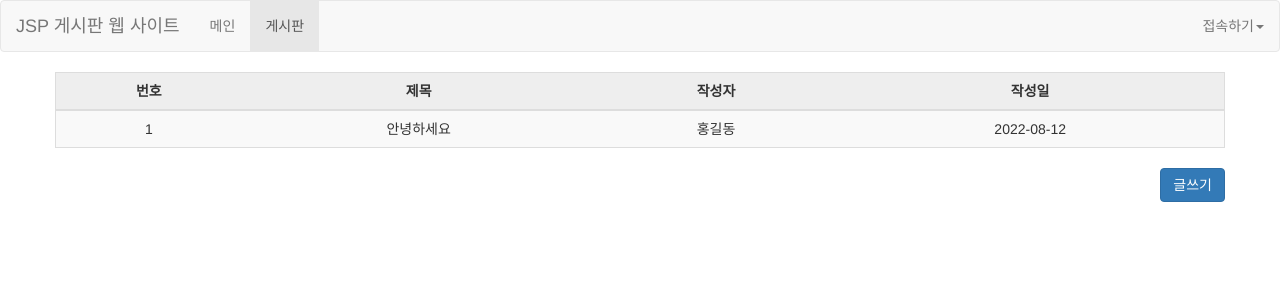
Repository: winter9388/JSP_BBS
Page: http://localhost/BBS/퍋ㅈ.jsp
An editor plug-in stored every save of this project. The page is shown before and after the next save, followed by the edit.
The browser window is 1280 px wide. The pictures show the whole page.
Some web libraries are served in a nearby version. The page is served by Tomcat 9.

Above is the page before, as saved 2022-08-12 12:05:48.

After the next save:
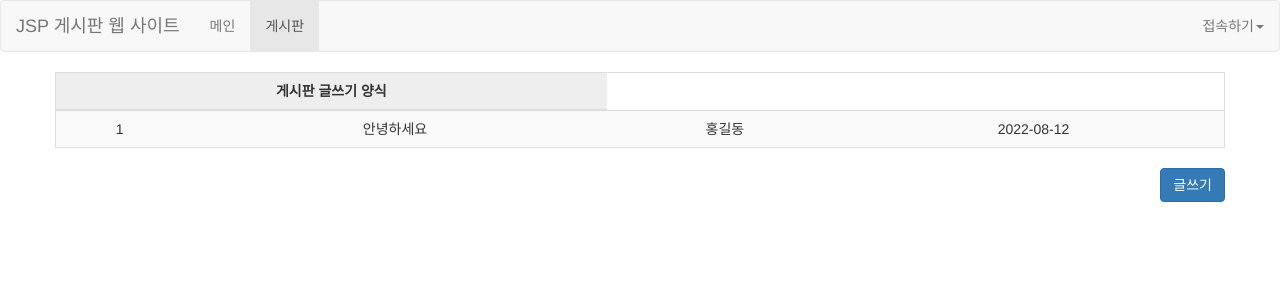
Saved 13 min 12 s later.
--- a/BBS/src/main/webapp/퍋ㅈ.jsp
+++ b/BBS/src/main/webapp/퍋ㅈ.jsp
@@ -73,10 +73,7 @@
 			<table class="table table-striped" style="text-align: center; border: 1px solid #dddddd"> <!-- table-striped -> 테이블의 짝수 홀수 열 구분 -->
 				<thead>
 					<tr>
-						<th style="background-color: #eeeeee; text-align: center">번호</th>
-						<th style="background-color: #eeeeee; text-align: center">제목</th>
-						<th style="background-color: #eeeeee; text-align: center">작성자</th>
-						<th style="background-color: #eeeeee; text-align: center">작성일</th>
+						<th colspan="2" style="background-color: #eeeeee; text-align: center">게시판 글쓰기 양식</th>
 					</tr>
 				</thead>
 				<tbody>
